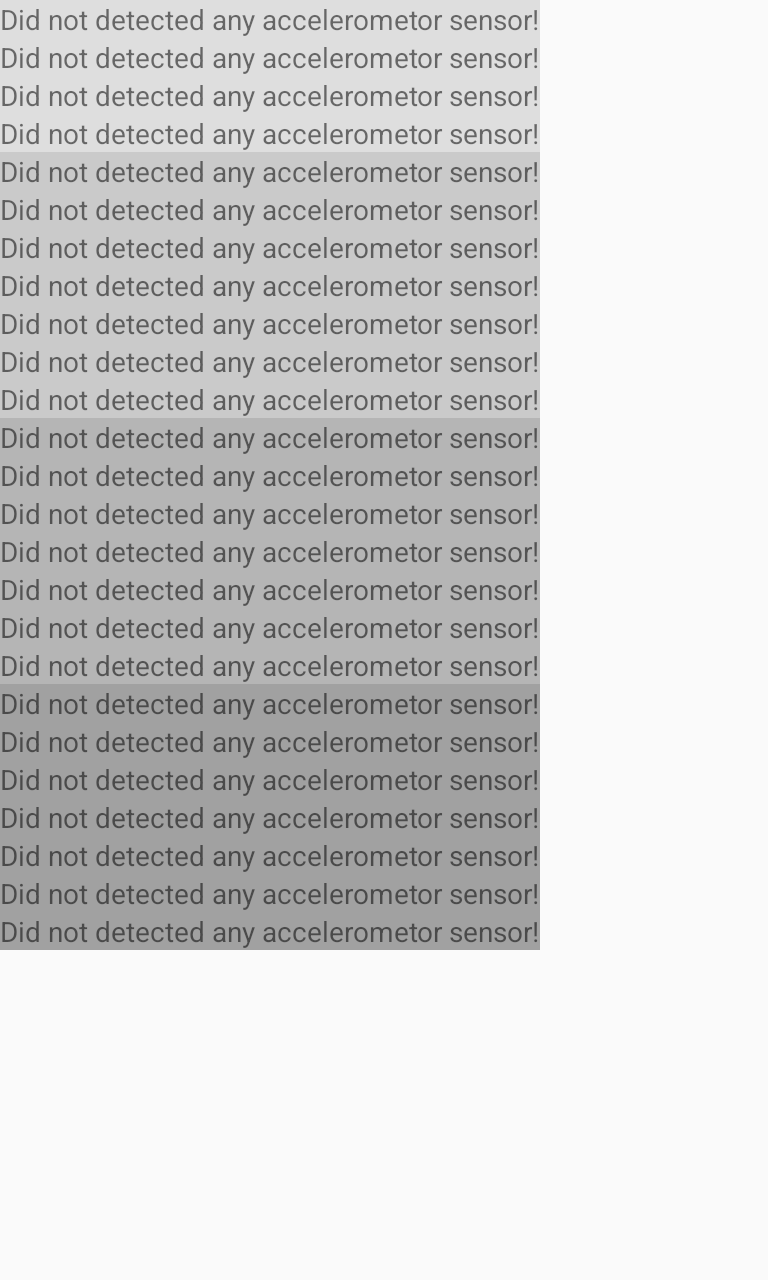
Repository: deyan-yosifov/Android
Layout: Workspace/BouncingBallGame/res/layout/activity_accelerometer_monitor.xml
An editor plug-in stored every save of this project. The layout is shown before and after the next save, followed by the edit.
It is drawn on a 768 x 1280 px phone screen (xhdpi) without system bars, with theme AppTheme; the app's code is not run.

Above is the layout before, as saved 2015-01-04 12:01:38.

### Workspace/BouncingBallGame/res/layout/activity_accelerometer_monitor.xml
<ScrollView xmlns:android="http://schemas.android.com/apk/res/android"
    xmlns:tools="http://schemas.android.com/tools"
    android:layout_width="fill_parent"
    android:layout_height="wrap_content"
    tools:context="${relativePackage}.${activityClass}">
	<LinearLayout
		android:layout_width="fill_parent"
	    android:layout_height="wrap_content"
	    android:orientation="vertical">

		<LinearLayout
		    android:layout_width="wrap_content"
	        android:layout_height="wrap_content"
	        android:orientation="vertical"
	        android:id="@+id/acceleromatorValues"
	        android:background="#99cccccc"
		    >
		    <TextView
		        android:layout_width="wrap_content"
		        android:layout_height="wrap_content"
		        android:id="@+id/accelerometer_x_coordinate_textView"
		        android:text="@string/no_accelerometer_found" />

		    <TextView
		        android:layout_width="wrap_content"
		        android:layout_height="wrap_content"
		        android:id="@+id/accelerometer_y_coordinate_textView"
		        android:text="@string/no_accelerometer_found" />

		    <TextView
		        android:layout_width="wrap_content"
		        android:layout_height="wrap_content"
		        android:id="@+id/accelerometer_z_coordinate_textView"
		        android:text="@string/no_accelerometer_found" />

		    <TextView
		        android:layout_width="wrap_content"
		        android:layout_height="wrap_content"
		        android:id="@+id/accelerometer_length_textView"
		        android:text="@string/no_accelerometer_found" />
		</LinearLayout>

		<LinearLayout
		    android:layout_width="wrap_content"
	        android:layout_height="wrap_content"
	        android:orientation="vertical"
	        android:id="@+id/linearAccelerationValues"
	        android:background="#99aaaaaa"
		    >
			<TextView
		        android:layout_width="wrap_content"
		        android:layout_height="wrap_content"
		        android:id="@+id/linearAcceleration_x_coordinate_textView"
		        android:text="@string/no_accelerometer_found" />

		    <TextView
		        android:layout_width="wrap_content"
		        android:layout_height="wrap_content"
		        android:id="@+id/linearAcceleration_y_coordinate_textView"
		        android:text="@string/no_accelerometer_found" />

		    <TextView
		        android:layout_width="wrap_content"
		        android:layout_height="wrap_content"
		        android:id="@+id/linearAcceleration_z_coordinate_textView"
		        android:text="@string/no_accelerometer_found" />

		    <TextView
		        android:layout_width="wrap_content"
		        android:layout_height="wrap_content"
		        android:id="@+id/linearAcceleration_length__textView"
		        android:text="@string/no_accelerometer_found" />

		    <TextView
		        android:layout_width="wrap_content"
		        android:layout_height="wrap_content"
		        android:id="@+id/min_linearAcceleration_length__textView"
		        android:text="@string/no_accelerometer_found" />

		    <TextView
		        android:layout_width="wrap_content"
		        android:layout_height="wrap_content"
		        android:id="@+id/max_linearAcceleration_length__textView"
		        android:text="@string/no_accelerometer_found" />

		    <TextView
		        android:layout_width="wrap_content"
		        android:layout_height="wrap_content"
		        android:id="@+id/average_linearAcceleration_length__textView"
		        android:text="@string/no_accelerometer_found" />
		</LinearLayout>

		<LinearLayout
		    android:layout_width="wrap_content"
	        android:layout_height="wrap_content"
	        android:orientation="vertical"
	        android:id="@+id/gravityValues"
	        android:background="#99888888"
		    >
			<TextView
		        android:layout_width="wrap_content"
		        android:layout_height="wrap_content"
		        android:id="@+id/gravity_x_coordinate_textView"
		        android:text="@string/no_accelerometer_found" />

		    <TextView
		        android:layout_width="wrap_content"
		        android:layout_height="wrap_content"
		        android:id="@+id/gravity_y_coordinate_textView"
		        android:text="@string/no_accelerometer_found" />

		    <TextView
		        android:layout_width="wrap_content"
		        android:layout_height="wrap_content"
		        android:id="@+id/gravity_z_coordinate_textView"
		        android:text="@string/no_accelerometer_found" />

		    <TextView
		        android:layout_width="wrap_content"
		        android:layout_height="wrap_content"
		        android:id="@+id/gravity_length_coordinate_textView"
		        android:text="@string/no_accelerometer_found" />

		    <TextView
		        android:layout_width="wrap_content"
		        android:layout_height="wrap_content"
		        android:id="@+id/min_gravity_length_textView"
		        android:text="@string/no_accelerometer_found" />

		    <TextView
		        android:layout_width="wrap_content"
		        android:layout_height="wrap_content"
		        android:id="@+id/max_gravity_length_textView"
		        android:text="@string/no_accelerometer_found" />

		    <TextView
		        android:layout_width="wrap_content"
		        android:layout_height="wrap_content"
		        android:id="@+id/average_gravity_length_textView"
		        android:text="@string/no_accelerometer_found" />
		</LinearLayout>

		<LinearLayout
		    android:layout_width="wrap_content"
	        android:layout_height="wrap_content"
	        android:orientation="vertical"
	        android:id="@+id/timeValues"
	        android:background="#99666666"
		    >
		    <TextView
		        android:layout_width="wrap_content"
		        android:layout_height="wrap_content"
		        android:id="@+id/currentTime_textView"
		        android:text="@string/no_accelerometer_found" />

		    <TextView
		        android:layout_width="wrap_content"
		        android:layout_height="wrap_content"
		        android:id="@+id/currentEventTime_textView"
		        android:text="@string/no_accelerometer_found" />

		    <TextView
		        android:layout_width="wrap_content"
		        android:layout_height="wrap_content"
		        android:id="@+id/currentDeltaTime_textView"
		        android:text="@string/no_accelerometer_found" />

		    <TextView
		        android:layout_width="wrap_content"
		        android:layout_height="wrap_content"
		        android:id="@+id/currentEventDeltaTime_textView"
		        android:text="@string/no_accelerometer_found" />

		    <TextView
		        android:layout_width="wrap_content"
		        android:layout_height="wrap_content"
		        android:id="@+id/averageDeltaTime_textView"
		        android:text="@string/no_accelerometer_found" />

		    <TextView
		        android:layout_width="wrap_content"
		        android:layout_height="wrap_content"
		        android:id="@+id/minDeltaTime_textView"
		        android:text="@string/no_accelerometer_found" />

		    <TextView
		        android:layout_width="wrap_content"
		        android:layout_height="wrap_content"
		        android:id="@+id/maxDeltaTime_textView"
		        android:text="@string/no_accelerometer_found" />
		</LinearLayout>
	</LinearLayout>
</ScrollView>

### Workspace/BouncingBallGame/res/values/styles.xml
<resources xmlns:android="http://schemas.android.com/apk/res/android">

    <!--
        Base application theme, dependent on API level. This theme is replaced
        by AppBaseTheme from res/values-vXX/styles.xml on newer devices.
    -->
    <style name="FallingRocksFonts" parent="@android:style/TextAppearance.Medium">
        <item name="android:layout_width">wrap_content</item>
        <item name="android:layout_height">wrap_content</item>
        <item name="android:textColor">#FF0000</item>
        <item name="android:background">#00FF00</item>
        <item name="android:padding">10dp</item>
        <item name="android:layout_centerHorizontal">true</item>
    </style>

    <style name="FallingRocksButtons" parent="@android:attr/buttonStyleSmall">
        <item name="android:layout_width">wrap_content</item>
        <item name="android:layout_height">wrap_content</item>
        <item name="android:padding">10dp</item>
        <item name="android:layout_centerHorizontal">true</item>
    </style>

    <style name="AppBaseTheme" parent="Theme.AppCompat.Light">
        <!--
            Theme customizations available in newer API levels can go in
            res/values-vXX/styles.xml, while customizations related to
            backward-compatibility can go here.
        -->

    </style>

    <!-- Application theme. -->
    <style name="AppTheme" parent="AppBaseTheme">
        <!-- All customizations that are NOT specific to a particular API-level can go here. -->
    </style>

</resources>

### Workspace/BouncingBallGame/res/values/strings.xml
<?xml version="1.0" encoding="utf-8"?>
<resources>

    <string name="app_name">Falling Rocks</string>
    <string name="hello_world">Hello world!</string>
    <string name="no_accelerometer_found">Did not detected any accelerometor sensor!</string>
    <string name="welcome_header">Welcome to Bouncing ball game!</string>
    <string name="button_monitor_accelerometer">Monitor accelerometer</string>
    <string name="action_settings">Settings</string>
    <string name="title_activity_single_player_game">Play game!</string>

</resources>

Loaded but not shown: Workspace/BouncingBallGame/res/values-v11/styles.xml (common file); Workspace/BouncingBallGame/res/values-v14/styles.xml (common file)

After the next save:
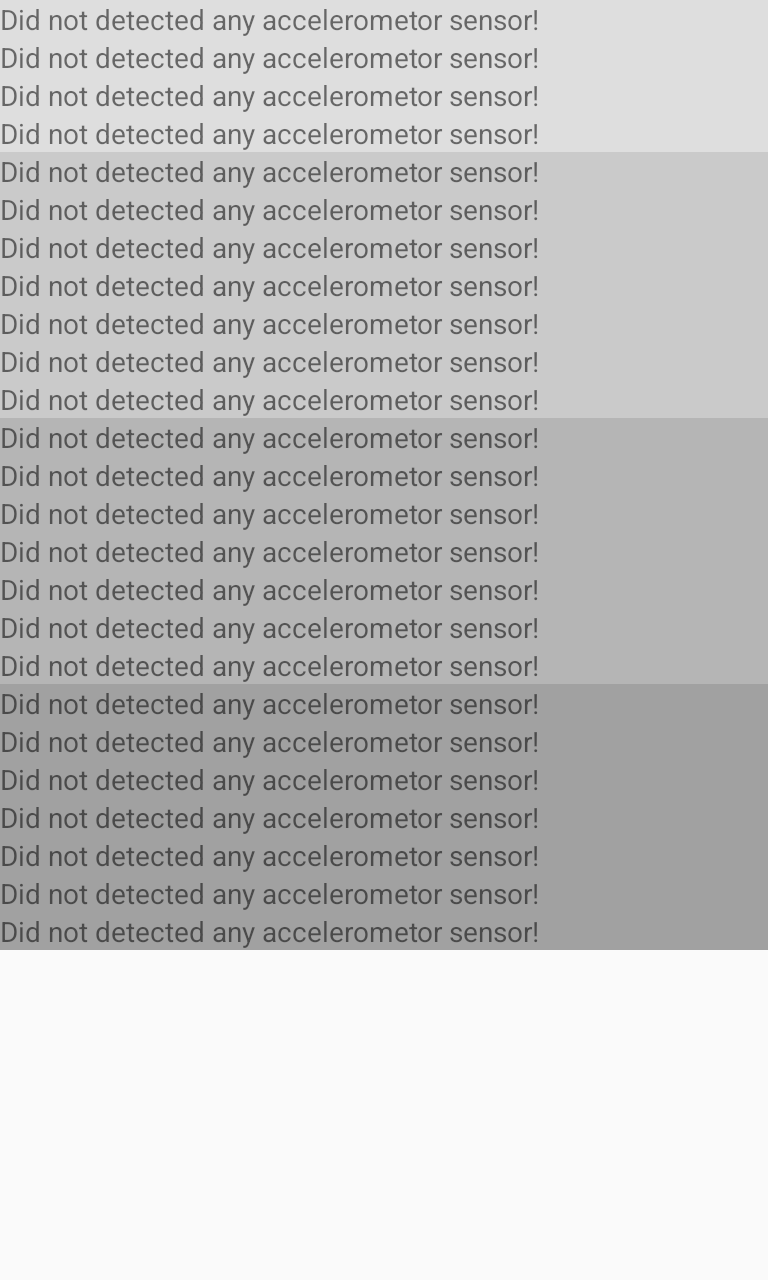
Saved 36 s later.
--- a/Workspace/BouncingBallGame/res/layout/activity_accelerometer_monitor.xml
+++ b/Workspace/BouncingBallGame/res/layout/activity_accelerometer_monitor.xml
@@ -9,7 +9,7 @@
 	    android:orientation="vertical">
 
 		<LinearLayout
-		    android:layout_width="wrap_content"
+		    android:layout_width="fill_parent"
 	        android:layout_height="wrap_content"
 	        android:orientation="vertical"
 	        android:id="@+id/acceleromatorValues"
@@ -41,7 +41,7 @@
 		</LinearLayout>
 
 		<LinearLayout
-		    android:layout_width="wrap_content"
+		    android:layout_width="fill_parent"
 	        android:layout_height="wrap_content"
 	        android:orientation="vertical"
 	        android:id="@+id/linearAccelerationValues"
@@ -91,7 +91,7 @@
 		</LinearLayout>
 
 		<LinearLayout
-		    android:layout_width="wrap_content"
+		    android:layout_width="fill_parent"
 	        android:layout_height="wrap_content"
 	        android:orientation="vertical"
 	        android:id="@+id/gravityValues"
@@ -141,7 +141,7 @@
 		</LinearLayout>
 
 		<LinearLayout
-		    android:layout_width="wrap_content"
+		    android:layout_width="fill_parent"
 	        android:layout_height="wrap_content"
 	        android:orientation="vertical"
 	        android:id="@+id/timeValues"
